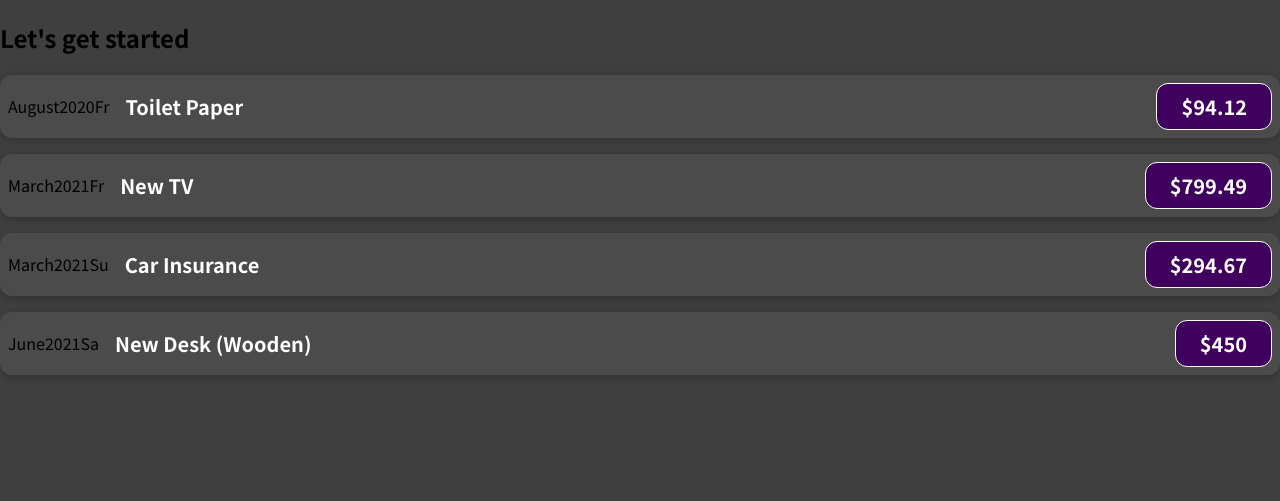
Repository: runner855/expense-tracker
Page: /
The author's editor kept a copy of each file at every save. The page is drawn from the files as they stood at one save, then again after the next save.
The browser window is 1280 px wide. The pictures show the whole page.
The project was rebuilt for these pictures with package versions that can differ from the ones it lists, and the page was loaded fresh each time.

Above is the page before, as saved 2022-09-02 15:18:21.

After the next save:
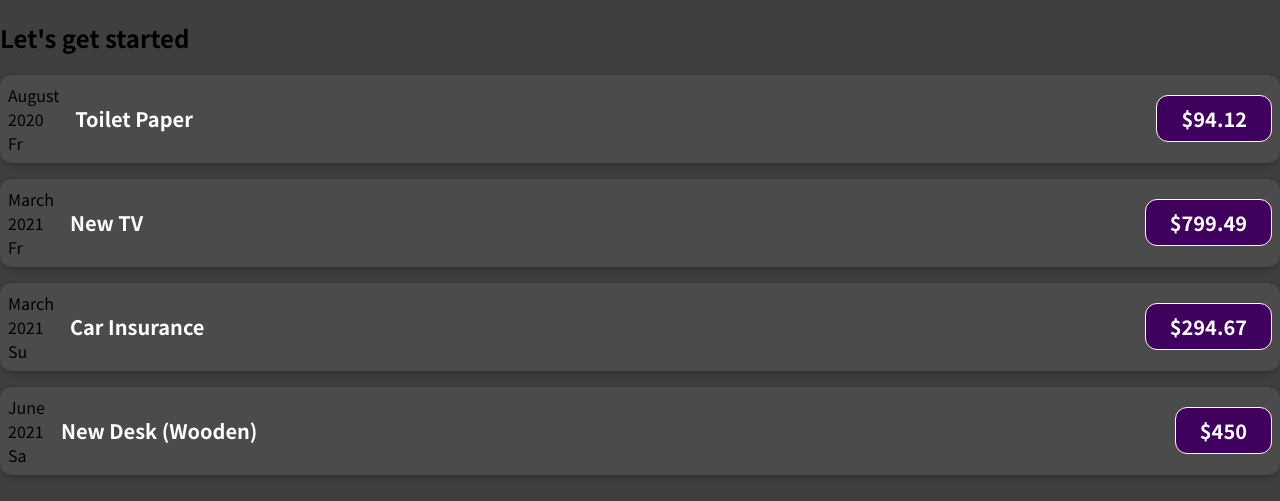
Saved 27 s later.
--- a/src/components/ExpenseItem.js
+++ b/src/components/ExpenseItem.js
@@ -13,10 +13,11 @@ const ExpenseItem = (props) => {
 
   return (
     <div className='expense-item'>
-      <div>{month}</div>
-      <div>{year}</div>
-      <div>{day}</div>
       <div>
+        <div>{month}</div>
+        <div>{year}</div>
+        <div>{day}</div>
+
 
       </div>
       <div className='expense-item__description'>
